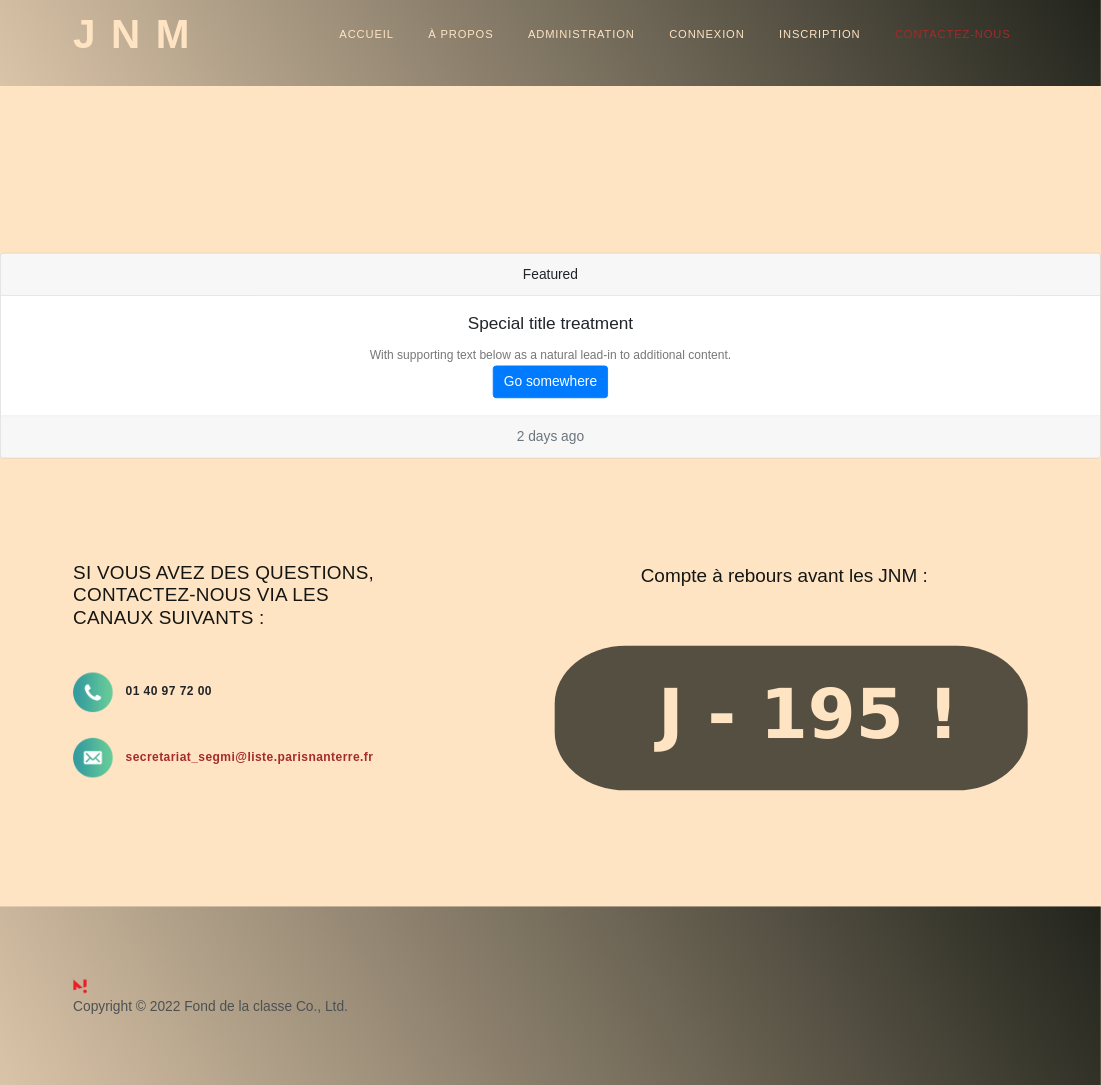
Repository: RiadNadri/ProjetWeb2022
Page: templates/Admin/admin.html.twig
An editor plug-in stored every save of this project. The page is shown before and after the next save, followed by the edit.
The browser window is 1280 px wide. The pictures show the whole page, at 86% of full size.
Some web fonts or font styles are not loaded; a fallback is used. The page is a Twig template of a Symfony application; nobody is signed in and links lead nowhere. The template is opened directly, without the code that normally fills it, so the values that code supplies are empty.

Above is the page before, as saved 2022-12-24 17:16:20.

### templates/Admin/admin.html.twig
{% extends 'base.html.twig' %}

{% block title %} Administration {% endblock %}


{% block body %}

<style>
    .buttonUser{
        margin-top: 0%;
        margin-bottom: 20%;
        margin-left: 25%;
    }
    .buttonPartenaire{
        margin-left:35%;
        font-size: xx-large;
    }
</style>

<div class="buttonUser">
    <div class="btn btn-light" >
        <a href="{{path('app_user')}}">Utilisateurs</a>
    </div>
    <div class="btn btn-light" >
        <a  href="{{path('app_partenaire')}}">Partenaires</a>
    </div>
</div>

<div class="card text-center">
  <div class="card-header">
    Featured
  </div>
  <div class="card-body">
    <h5 class="card-title">Special title treatment</h5>
    <p class="card-text">With supporting text below as a natural lead-in to additional content.</p>
    <a href="#" class="btn btn-primary">Go somewhere</a>
  </div>
  <div class="card-footer text-muted">
    2 days ago
  </div>
</div>
{% endblock %}

### templates/base.html.twig
<!DOCTYPE html>
<html>
    <head>
        <meta charset="UTF-8">
        <title>{% block title %}{% endblock %} - JNM</title>
        <meta name="viewport" content="width=device-width, initial-scale=1, shrink-to-fit=no">
        <meta name="description" content="">
        <meta name="author" content="">
        <link href="https://fonts.googleapis.com/css?family=Raleway:100,200,300,400,500,600,700,800,900&display=swap" rel="stylesheet">
        <link rel="shortcut icon" type= "image/png" href="{{ asset('img/favicon.png')}}" />

        {# Run `composer require symfony/webpack-encore-bundle` to start using Symfony UX #}

        <link rel="stylesheet" href="{{ asset('assets/css/bootstrap.min.css')}}">
        <link rel="stylesheet" href="{{ asset('assets/css/templatemo-breezed (1).css')}}">

        {% block stylesheets %}{% endblock %}

        {% block javascripts %}{% endblock %}
    </head>
    <body>

        <header class="header-area header-sticky">
        <div class="container">
            <div class="row">
                <div class="col-12">
                    <nav class="main-nav">
                        <!-- ***** Logo Start ***** -->
                        <a href="{{path('app_accueil')}}" class="logo">
                            JNM
                        </a>
                        <!-- ***** Logo End ***** -->
                        <!-- ***** Menu Start ***** -->
                        <ul class="nav">
                            <li class="scroll-to-section"><a href="{{path('app_accueil')}}" >Accueil</a></li>
                            <li class="scroll-to-section"><a href="#about">À propos</a></li>
                            <li class="scroll-to-section"><a href="{{path('app_admin')}}">Administration</a></li>
                            <li class="scroll-to-section"><a href="{{path('app_connexion')}}">Connexion</a></li>
                            {% if app.user %}
                                <li class="scroll-to-section"><a href="#réservation">Réservation</a></li>
                                <li class="scroll-to-section"><a href="{{path('app_profil')}}">Mon profil</a></li>
                                <li class="scroll-to-section"><a href="{{path('app_deconnexion')}}">Deconnexion</a></li>
                            {% else %}
                                <li class="scroll-to-section"><a href="{{path('app_inscription')}}">Inscription</a></li>
                            {% endif %}
                            <li class="scroll-to-section"><a href="#contact-us" class="active">Contactez-Nous</a></li>


                        </ul>

                        <!-- ***** Menu End ***** -->
                    </nav>
                </div>
            </div>
        </div>
    </header>

    {% block body %}
    <section class="section" id="about">
        <div class="container">
            <div class="row">
                <div class="col-lg-6 col-md-6 col-xs-12">
                    <div class="left-text-content">
                        <div class="section-heading">
                            <h6>À propos des Journées Nationales de la MIAGE</h6>
                            <h2>Certains de nos partenaires</h2>
                        </div>
                        <div class="row">
                            <div class="col-md-6 col-sm-6">
                                <div class="service-item">
                                    <a href="https://pepsi.fr/" rel ="nofollow noopener" target="_blank"> <img src="{{ asset('img/Pepsi-Logo-PNG-Pic.png')}}" alt=""> </a>
                                    <h4><a rel="nofollow noopener" href="https://pepsi.fr/" target="_blank">Pepsi</a></h4>
                                </div>
                            </div>
                            <div class="col-md-6 col-sm-6">
                                <div class="service-item">
                                    <a href="https://www.beinsports.com/france/" rel ="nofollow noopener" target="_blank"> <img src="{{ asset('img/Bein_sport_logo.png')}}" alt=""> </a>
                                    <h4><a rel="nofollow noopener" href="https://www.beinsports.com/france/" target="_blank">BeIn Sport</a></h4>
                                </div>
                            </div>
                            <div class="col-md-6 col-sm-6">
                                <div class="service-item">
                                    <a href="https://www.canalplus.com/" rel ="nofollow noopener" target="_blank"> <img src="{{ asset('img/canal-logo-png-transparent.png')}}" alt=""> </a>
                                    <h4><a rel="nofollow noopener" href="https://www.canalplus.com/" target="_blank">Canal +</a></h4>
                                </div>
                            </div>
                            <div class="col-md-6 col-sm-6">
                                <div class="service-item">
                                    <a href="https://www.wwf.fr/" rel ="nofollow noopener" target="_blank"> <img src="{{ asset('img/panda.png')}}" alt=""> </a>
                                    <h4><a rel="nofollow noopener" href="https://www.wwf.fr/" target="_blank">WWF</a></h4>
                                </div>
                            </div>
                            <div class="col-md-12">
                                <a href="#" class="main-button-icon">
                                    En savoir plus
                                </a>
                            </div>
                        </div>
                    </div>
                </div>
                <div class="col-lg-6 col-md-6 col-xs-12">
                    <div class="right-text-content">
                        <p>Les Journées Nationales de la Miage sont organisées par <a rel="nofollow noopener" href="https://www.parisnanterre.fr/" target="_blank">L'Université Paris Nanterre</a> en 2023.
                        <br><br>Du 01/06/2023 au 04/06/2023 venez participer aux Journées Nationales de la MIAGE aux portes de Paris sur le campus de Nanterre. Retrouvez-y toutes les MIAGE de France pour partager un bon moment.
                      <br><br>Prenez part aux différentes activités et profitez-en pour élargir votre réseau miagiste !</p>
                    </div>
                </div>
            </div>
        </div>
    </section>

    <section class="section" id="features">
        <div class="container">
            <div class="row">
                <div class="col-lg-4 col-md-6 col-sm-12 col-xs-12" data-scroll-reveal="enter left move 30px over 0.6s after 0.4s">
                    <div class="features-item">
                        <div class="features-icon">
                            <img src="{{ asset('img/Icone.png')}}" height="30px" width="30px" alt="">
                        </div>
                        <div class="features-content">
                            <h4>Le campus de Nanterre</h4>
                            <p>Situé à proximité du quartier d'affaires da La Défense, le campus de Nanterre s'étend sur 30 hectares.<br> Chaque année, il accueille plus de 40 000 étudiants et met à leur disposition divers types d'infrastructures permettant de pratiquer des activités sportives et culturelles !</p>
                            <a href="https://www.parisnanterre.fr/" target="_blank" class="text-button-icon">
                                En savoir plus
                            </a>
                        </div>
                    </div>
                </div>
                <div class="col-lg-4 col-md-6 col-sm-12 col-xs-12" data-scroll-reveal="enter bottom move 30px over 0.6s after 0.4s">
                    <div class="features-item">
                        <div class="features-icon">
                            <img src="{{ asset('img/miage.png')}}" height="30px" width="30px" alt="">
                        </div>
                        <div class="features-content">
                            <h4>La Miage de Nanterre</h4>
                            <p>Intégrée au sein de l'Unité de Formation et de Recherche
                                <a href="https://ufr-segmi.parisnanterre.fr/" rel="nofollow noopener" target="_blank">
                                SEGMI
                                </a> au bâtiment Allais (G), la MIAGE de Nanterre</p>
                            <a href="https://miage.parisnanterre.fr/" class="text-button-icon">
                                En savoir plus
                            </a>
                        </div>
                    </div>
                </div>
                <div class="col-lg-4 col-md-6 col-sm-12 col-xs-12" data-scroll-reveal="enter right move 30px over 0.6s after 0.4s">
                    <div class="features-item">
                        <div class="features-icon">
                            <img src="{{ asset('img/eiffel.png')}}" height="50px" width="50px"alt="">
                        </div>
                        <div class="features-content">
                            <h4>Le séjour à Paris</h4>
                            <p>Vous pourrez profiter d'ếtre aux portes de Paris pour visiter la capitale. La ligne du RER A vous permettra de rejoindre le centre-ville en moins de 30 minutes.<br> Allez explorer le 1er arrondissement riche en culture, ou manger dans l'un des 18 000 restaurants parisiens !</p>
                            <a href="https://www.parisinfo.com/visiter-a-paris" class="text-button-icon">
                                En savoir plus
                            </a>
                        </div>
                    </div>
                </div>
            </div>
        </div>
    </section>
    {% endblock %}


    <!-- ***** Contact Us Area Starts ***** -->
    <section class="section" id="contact-us">
        <div class="container">
            <div class="row">
                <div class="col-lg-4 col-md-4 col-xs-12">
                    <div class="left-text-content">
                        <div class="section-heading">
                            <h6>Si vous avez des questions, Contactez-nous via les canaux suivants :</h6>
                        </div>
                        <ul class="contact-info">
                            <li><img src="{{ asset('img/contact-info-01.png')}}" alt="">01 40 97 72 00</li>
                            <li><img src="{{ asset('img/contact-info-02.png')}}" alt=""><a href="mailto:secretariat_segmi@liste.parisnanterre.fr">secretariat_segmi@liste.parisnanterre.fr</a></li>
                        </ul>
                    </div>
                </div>

                <div class="col-lg-8 col-md-6 col-xs-12">
                    <div class="section-heading">
                        <h7>Compte à rebours avant les JNM :</h7>
                    </div>
                    <div class="cpt">

                        <label id="Compte"></label>
                            <script type="text/javascript" >
                                var Affiche=document.getElementById("Compte");
                                function Rebour() {
                                 var date1 = new Date();
                                 var date2 = new Date ("Jun 1, 2023 00:00:00");
                                 var sec = (date2 - date1) / 1000;
                                 var n = 24 * 3600;
                                 if (sec > 0) {
                                        j = Math.floor (sec / n);
                                        Affiche.innerHTML = "J - " + j + " !";
                                 }
                                 tRebour=setTimeout ("Rebour();", 1000);
                                }
                             Rebour();
                            </script>

                    </div>
                </div>

            </div>
        </div>
    </section>


    </body>


    <!-- ***** Footer Start ***** -->
    <footer>
        <div class="container">
            <div class="row">
                <div class="col-lg-6 col-xs-12">
                    <div class="left-text-content">
                        <a rel="nofollow noopener" href="https://www.parisnanterre.fr/" target="_blank"><img src="{{ asset('img/Icone.png')}}" alt=""><br>Copyright &copy; 2022 Fond de la classe Co., Ltd. </a>
                    </div>
                </div>

            </div>
        </div>
    </footer>
</html>

Loaded but not shown: public/assets/css/bootstrap.min.css (library); public/assets/css/templatemo-breezed (1).css (908 lines, source omitted)

After the next save:
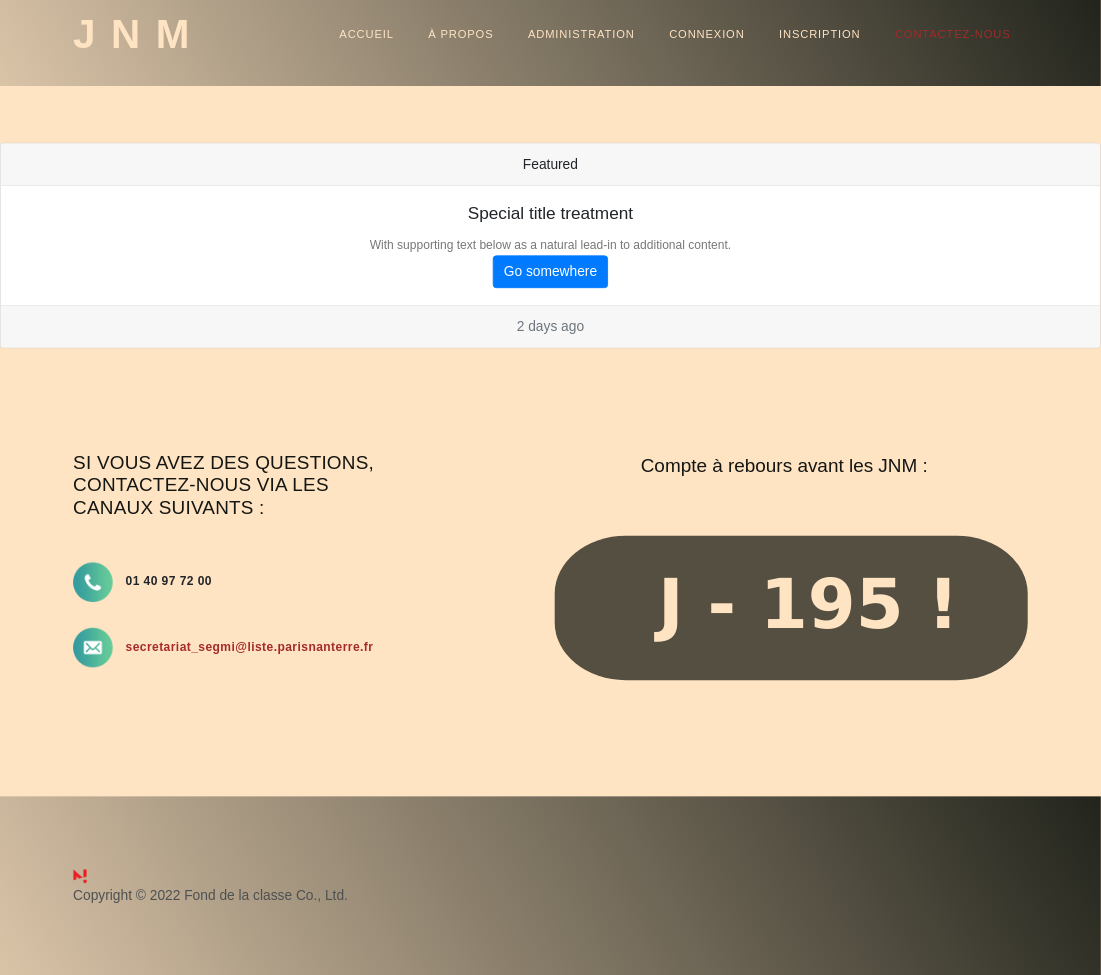
Saved 13 s later.
--- a/templates/Admin/admin.html.twig
+++ b/templates/Admin/admin.html.twig
@@ -8,7 +8,7 @@
 <style>
     .buttonUser{
         margin-top: 0%;
-        margin-bottom: 20%;
+        margin-bottom: 10%;
         margin-left: 25%;
     }
     .buttonPartenaire{
